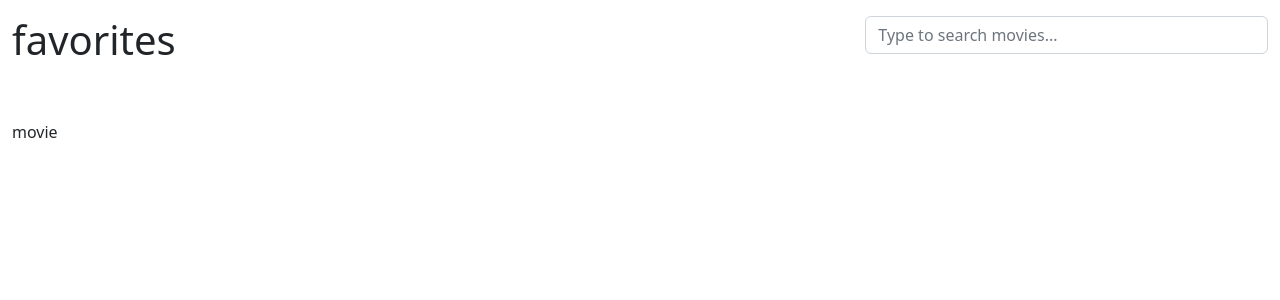
Repository: sandeepreddyvitta/react
Page: / (app in movieapp/)
An editor plug-in stored every save of this project. The page is shown before and after the next save, followed by the edit.
The browser window is 1280 px wide. The pictures show the whole page.
The page's requests for data from a server got no answer. The project was rebuilt for these pictures with package versions that can differ from the ones it lists, and the page was loaded fresh each time. No one was signed in, and anything a server would have sent is missing.

Above is the page before, as saved 2022-12-13 11:44:07.

### movieapp/public/index.html
<!DOCTYPE html>
<html lang="en">

<head>
  <meta charset="utf-8" />
  <link rel="icon" href="%PUBLIC_URL%/favicon.ico" />
  <meta name="viewport" content="width=device-width, initial-scale=1" />
  <meta name="theme-color" content="#000000" />
  <meta name="description" content="Web site created using create-react-app" />
  <link rel="apple-touch-icon" href="%PUBLIC_URL%/logo192.png" />
  <!--
      manifest.json provides metadata used when your web app is installed on a
      user's mobile device or desktop. See https://developers.google.com/web/fundamentals/web-app-manifest/
    -->
  <title>React App</title>
</head>

<body>
  <noscript>You need to enable JavaScript to run this app.</noscript>
  <div id="root"></div>

</body>

</html>

### movieapp/src/App.js

import axios from 'axios';
import './App.css'
import React, { useState, useEffect } from 'react'
import MovieList from './components/movie/MovieList';
import SearchBar from './components/movie/SearchBar';
import 'bootstrap/dist/css/bootstrap.min.css'
import MovieListHead from './components/movie/MovieListHead';

function App() {
  const [movies, setMovies] = useState([]);
  const [searchValue, setSearchValue] = useState("");
  useEffect(() => {
    const data = axios.get(`https://www.omdbapi.com/?s=star&apikey=d8df698c`);
    console.log(data);
  }, [])
  return (
    <div className='container-fluid movie-app'>
      <div className='row d-flex align-item-center mt-3 mb-5'>
        <MovieListHead heading="favorites" />
        <SearchBar searchValue={searchValue} setSearchValue={setSearchValue} />
      </div>
      <div className='row'>
        <MovieList movies={movies} />
      </div>
    </div>
  );
}

export default App;

### movieapp/src/App.css
body{
  background-color:#141414;
  color:white
}

### movieapp/src/components/movie/MovieList.js
import React from 'react'

const MovieList = (props) => {
    return (
        <div>
            {
                props.movies.map((movie, index) => (
                    <div className='image-container d-flex justify-content-start m3'>
                        <img src={movie.Poster} alt='' />
                    </div>
                ))
            }
            movie
        </div>
    )
}

export default MovieList

### movieapp/src/components/movie/SearchBar.js
import React from 'react'

const SearchBar = (props) => {
    return (
        <div className='col col-sm-4'>
            <input type="text"
                className='form-control'
                value={props.searchValue}
                onChange={e => props.setSearchValue(e.target.value)}
                placeholder="Type to search movies..." />
        </div>
    )
}

export default SearchBar

### movieapp/src/components/movie/MovieListHead.js
import React from 'react'

const MovieListHead = (props) => {
    return (
        <div className='col'>
            <h1>{props.heading}</h1>
        </div>
    )
}

export default MovieListHead

Loaded but not shown: movieapp/src/index.js (common file); movieapp/src/index.css (common file)

After the next save:
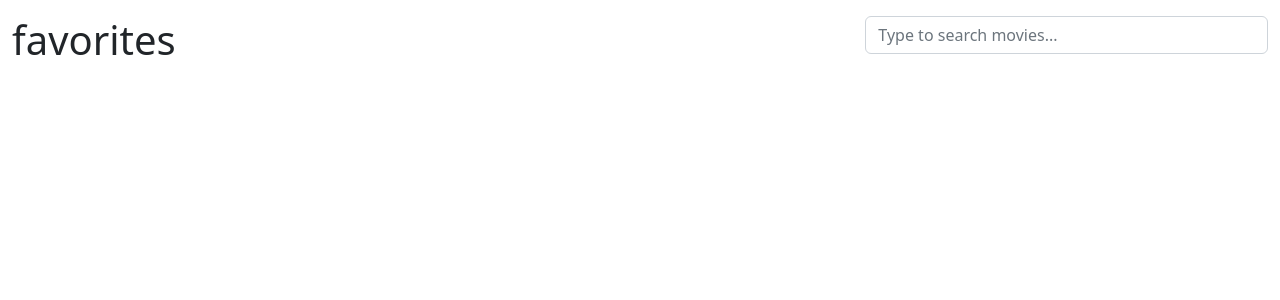
Saved 19 s later.
--- a/movieapp/src/components/movie/MovieList.js
+++ b/movieapp/src/components/movie/MovieList.js
@@ -10,7 +10,6 @@ const MovieList = (props) => {
                     </div>
                 ))
             }
-            movie
         </div>
     )
 }
